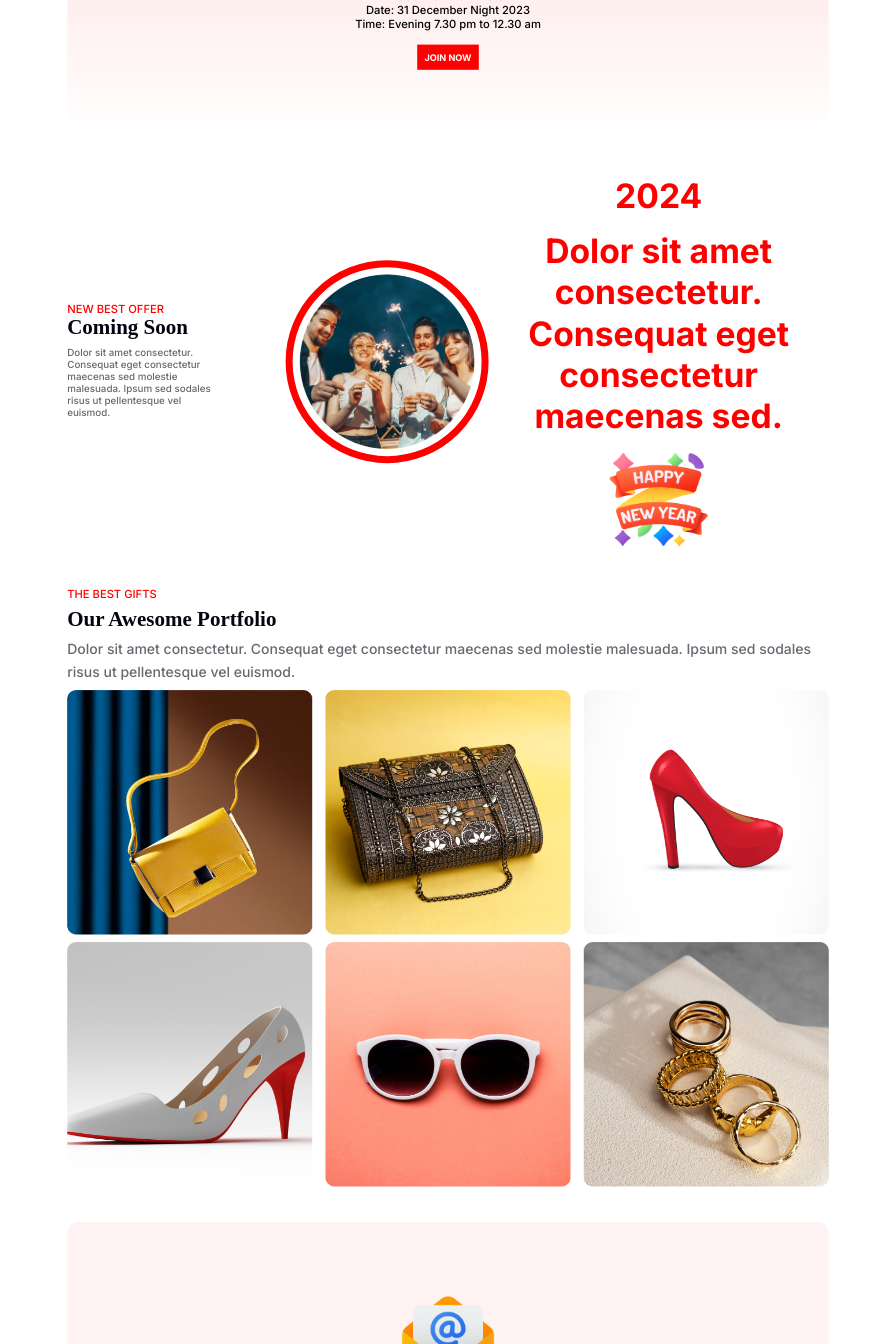
Repository: sumonkumarsarkar/new-year-2024
Page: index.html
An editor plug-in stored every save of this project. The page is shown before and after the next save, followed by the edit.
The browser window is 1280 px wide. The pictures show the part of the page from y = 2184 to 4104 px (the page is 5048 px tall before and 4804 px after), at 70% of full size.

Above is the page before, as saved 2024-01-08 16:27:00.

After the next save:
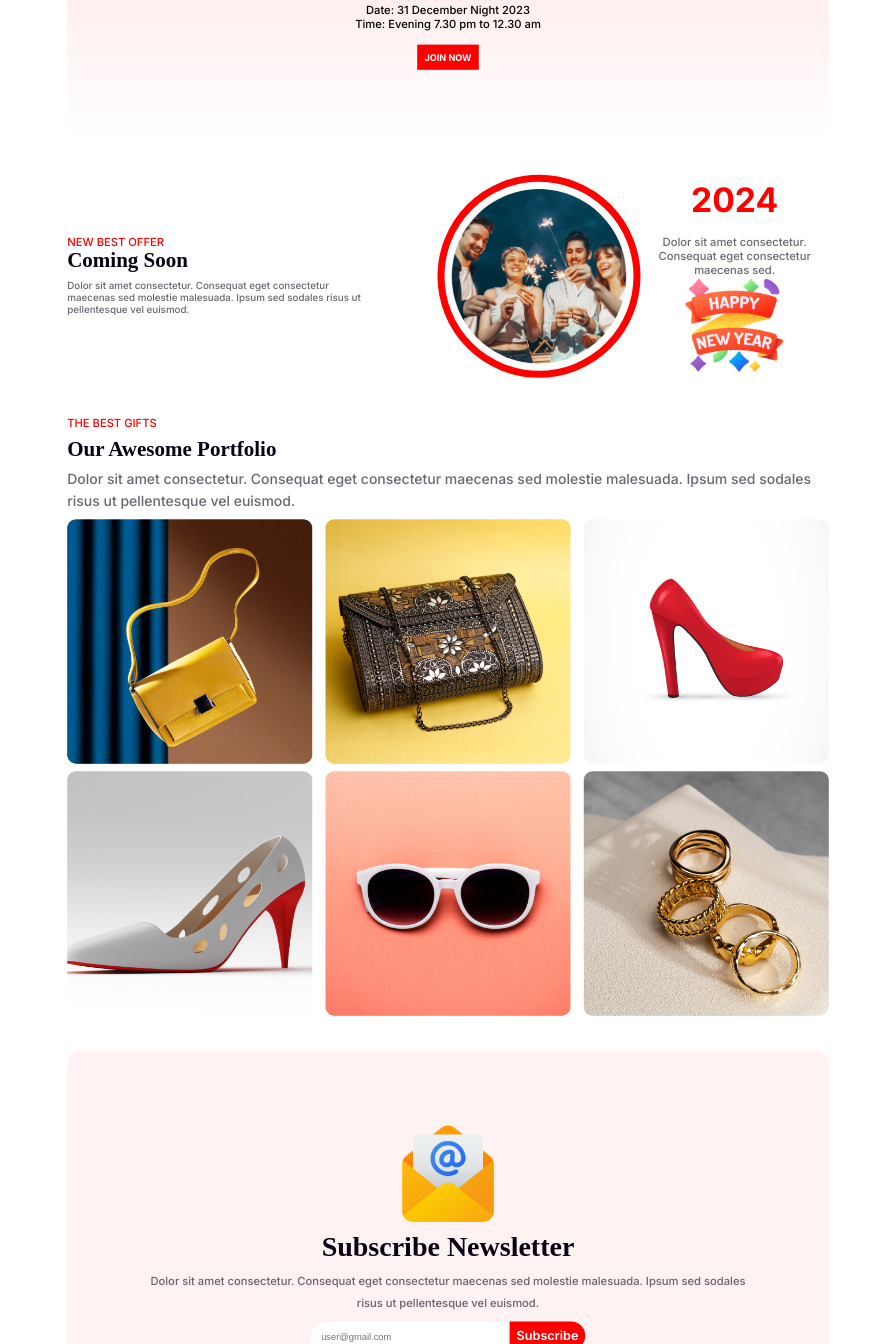
Saved 26 s later.
--- a/style.css
+++ b/style.css
@@ -252,12 +252,12 @@ padding-bottom: 20px;
 
 }
 .offer-text-img p{
-font-size: 48px;
-font-style: normal;
-font-weight: 700;
-line-height: normal;
-color: #f00;
-padding-bottom: 20px;
+    color: rgba(7, 2, 17, 0.60);
+
+    font-family: Inter;
+    font-size: 16px;
+    font-style: normal;
+    font-weight: 400;
 
 }
 
